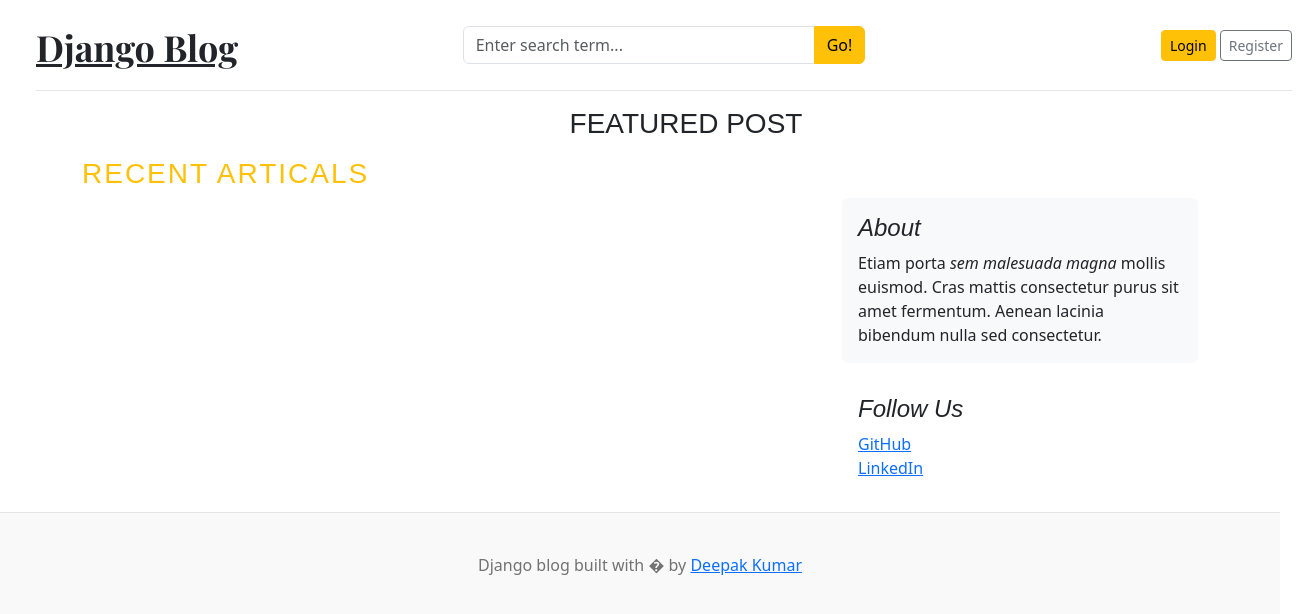
Repository: vijayholve/Blog-Website-Django
Page: templates/home.html
An editor plug-in stored every save of this project. The page is shown before and after the next save, followed by the edit.
The browser window is 1280 px wide. The page is 1304 px wide, so the pictures cover 1304 px, including what lies to the right of the window. The pictures show the whole page.
Some web fonts or font styles are not loaded; a fallback is used. The template is drawn by Django 5.2. The application's start-up code is not run. The template is opened directly, without the code that normally fills it, so the values that code supplies are empty.

Above is the page before, as saved 2025-01-29 16:15:55.

After the next save:
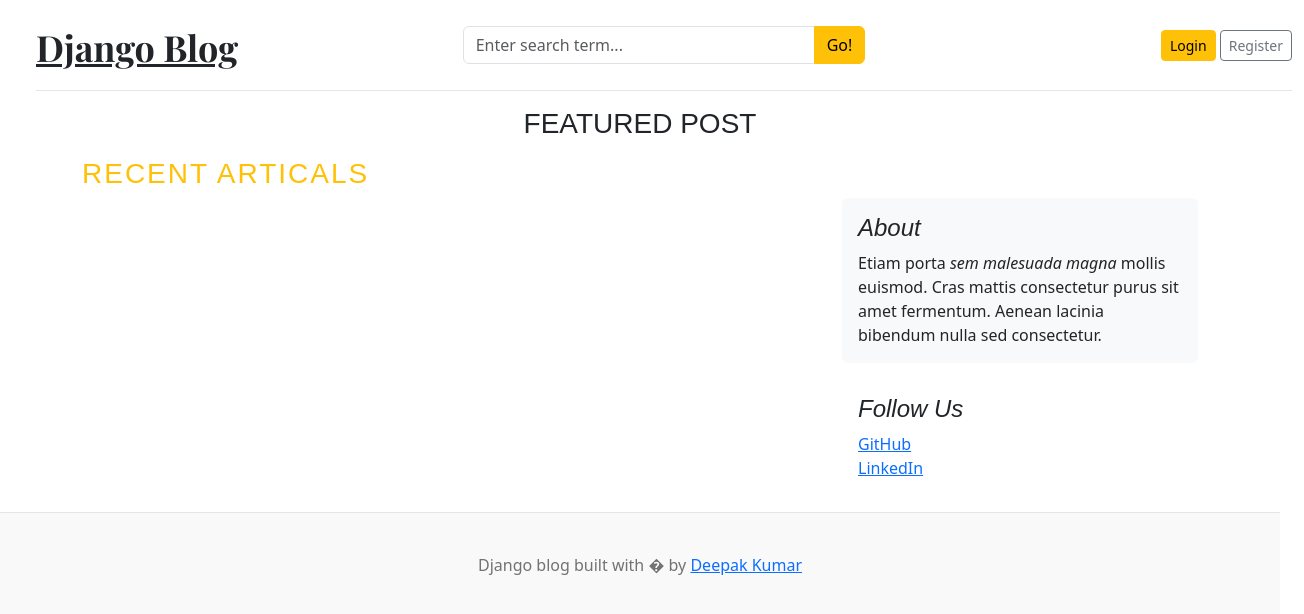
Saved 9 s later.
--- a/templates/home.html
+++ b/templates/home.html
@@ -17,8 +17,8 @@
 
 
 <!-- Featured POST -->
-<h3 class="container mr-4 text-uppercase text-dark text-bold text-center" >Featured POST</h3>
-  <div class="row mb-2">
+<div class="row mb-2">
+    <h3 class="container mr-4 text-uppercase text-dark text-bold text-center" >Featured POST</h3>
     {% for post in featured_post %}
       {% if not forloop.first %}
     <div class="col-md-6">
